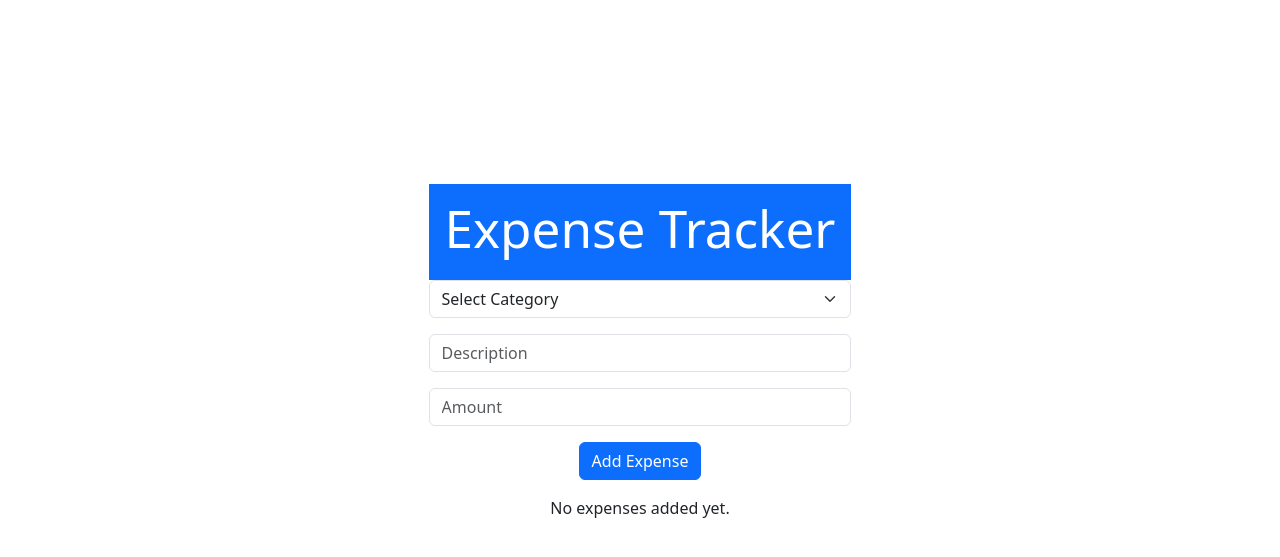
Repository: JuniorDevChris/ExpenseTracker
Page: / (app in frontend/)
The author's editor kept a copy of each file at every save. The page is drawn from the files as they stood at one save, then again after a run of saves.
The browser window is 1280 px wide. The pictures show the whole page.
The project was rebuilt for these pictures with package versions that can differ from the ones it lists, and the page was loaded fresh each time. Also part of the build but not shown: frontend/vite.config.js.

Above is the page before, as saved 2024-07-07 17:23:03.

### frontend/src/main.jsx
import 'bootstrap/dist/css/bootstrap.min.css';
import React from 'react';
import ReactDOM from 'react-dom/client';
import App from './App';
import './index.css';

ReactDOM.createRoot(document.getElementById('root')).render(
  <React.StrictMode>
    <App />
  </React.StrictMode>
);

### frontend/src/App.jsx
import React, { useState } from 'react';
import Header from './components/Header';
import ExpenseForm from './components/ExpenseForm';
import ExpenseList from './components/ExpenseList';
import './App.css';

function App() {
  const [expenses, setExpenses] = useState([]);

  const addExpense = (expense) => {
    setExpenses([...expenses, { ...expense, id: Date.now() }]);
  };

  const deleteExpense = (id) => {
    setExpenses(expenses.filter((expense) => expense.id !== id));
  };

  return (
    <div className="App container">
      <Header />
      <ExpenseForm addExpense={addExpense} />
      <ExpenseList expenses={expenses} deleteExpense={deleteExpense} />
    </div>
  );
}

export default App;

### frontend/src/components/Header.jsx
import React from 'react';

const Header = () => {
  return (
    <header className="bg-primary text-white p-3">
      <h1>Expense Tracker</h1>
    </header>
  );
};

export default Header;

### frontend/src/components/ExpenseForm.jsx
import React, { useState } from 'react';

const ExpenseForm = ({ addExpense }) => {
  const [description, setDescription] = useState('');
  const [amount, setAmount] = useState('');
  const [category, setCategory] = useState('');

  const handleSubmit = (e) => {
    e.preventDefault();
    addExpense({ description, amount: parseFloat(amount), category });
    setDescription('');
    setAmount('');
    setCategory('');
  };

  return (
    <form onSubmit={handleSubmit} className="mb-3">
        <div className="mb-3">
        <select
          className="form-select"
          value={category}
          onChange={(e) => setCategory(e.target.value)}
          required
        >
          <option value="" disabled>Select Category</option>
          <option value="Groceries">Groceries</option>
          <option value="Utilities">Utilities</option>
          <option value="Entertainment">Entertainment</option>
        </select>
      </div>
      <div className="mb-3">
        <input
          type="text"
          className="form-control"
          placeholder="Description"
          value={description}
          onChange={(e) => setDescription(e.target.value)}
          required
        />
      </div>
      <div className="mb-3">
        <input
          type="number"
          className="form-control"
          placeholder="Amount"
          value={amount}
          onChange={(e) => setAmount(e.target.value)}
          required
        />
      </div>
      <button type="submit" className="btn btn-primary">Add Expense</button>
    </form>
  );
};

export default ExpenseForm;

### frontend/src/components/ExpenseList.jsx
import React from 'react';

const ExpenseList = ({ expenses, deleteExpense }) => {
  if (expenses.length === 0) {
    return <p className="text-center">No expenses added yet.</p>;
  }

  return (
    <table className="table table-bordered">
      <thead>
        <tr>
          <th>Category</th>
          <th>Description</th>
          <th>Amount</th>
          <th></th>
        </tr>
      </thead>
      <tbody>
        {expenses.map((expense) => (
          <tr key={expense.id}>
            <td>{expense.category}</td>
            <td>{expense.description}</td>
            <td>${expense.amount.toFixed(2)}</td>
            <td>
              <button
                className="btn btn-outline-danger"
                onClick={() => deleteExpense(expense.id)}
              >
                Delete
              </button>
            </td>
          </tr>
        ))}
      </tbody>
      <tfoot>
        <tr>
          <td>Total</td>
          <td></td>
          <td>
            $
            {expenses
              .reduce((acc, expense) => acc + parseFloat(expense.amount), 0)
              .toFixed(2)}
          </td>
          <td></td>
        </tr>
      </tfoot>
    </table>
  );
};

export default ExpenseList;

Loaded but not shown: frontend/index.html (common file); frontend/src/index.css (common file); frontend/src/App.css (common file)

After the next 3 saves:
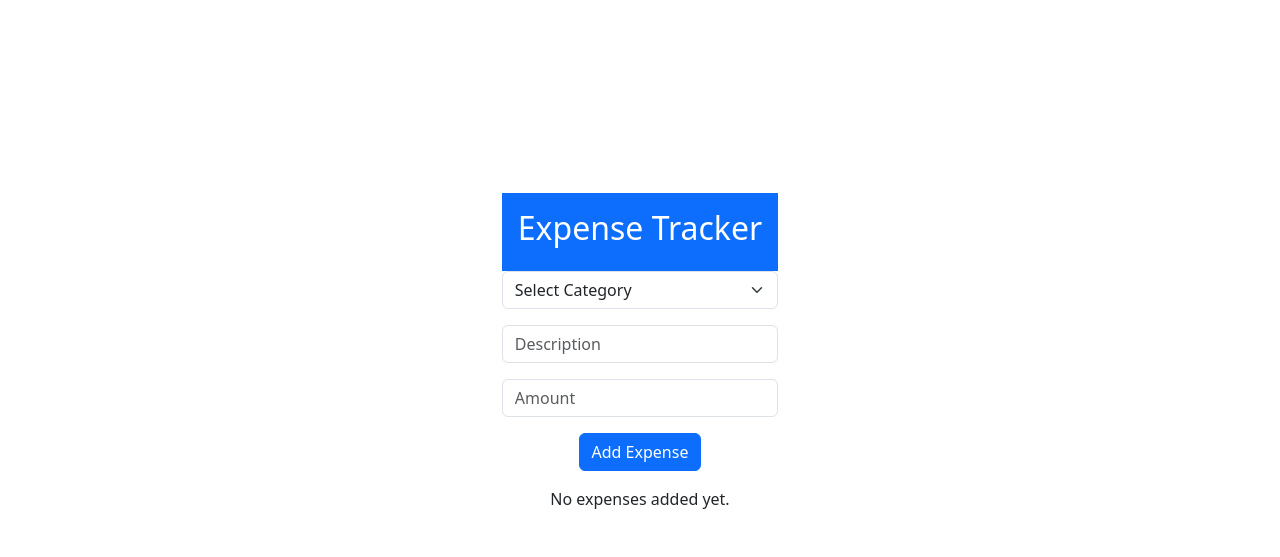
The 3 saves are shown as one change because 1 did not build or start and some came seconds apart.
The last was saved 48 s later.
--- a/frontend/src/components/Header.jsx
+++ b/frontend/src/components/Header.jsx
@@ -3,7 +3,7 @@ import React from 'react';
 const Header = () => {
   return (
     <header className="bg-primary text-white p-3">
-      <h1>Expense Tracker</h1>
+      <h2>Expense Tracker</h2>
     </header>
   );
 };
